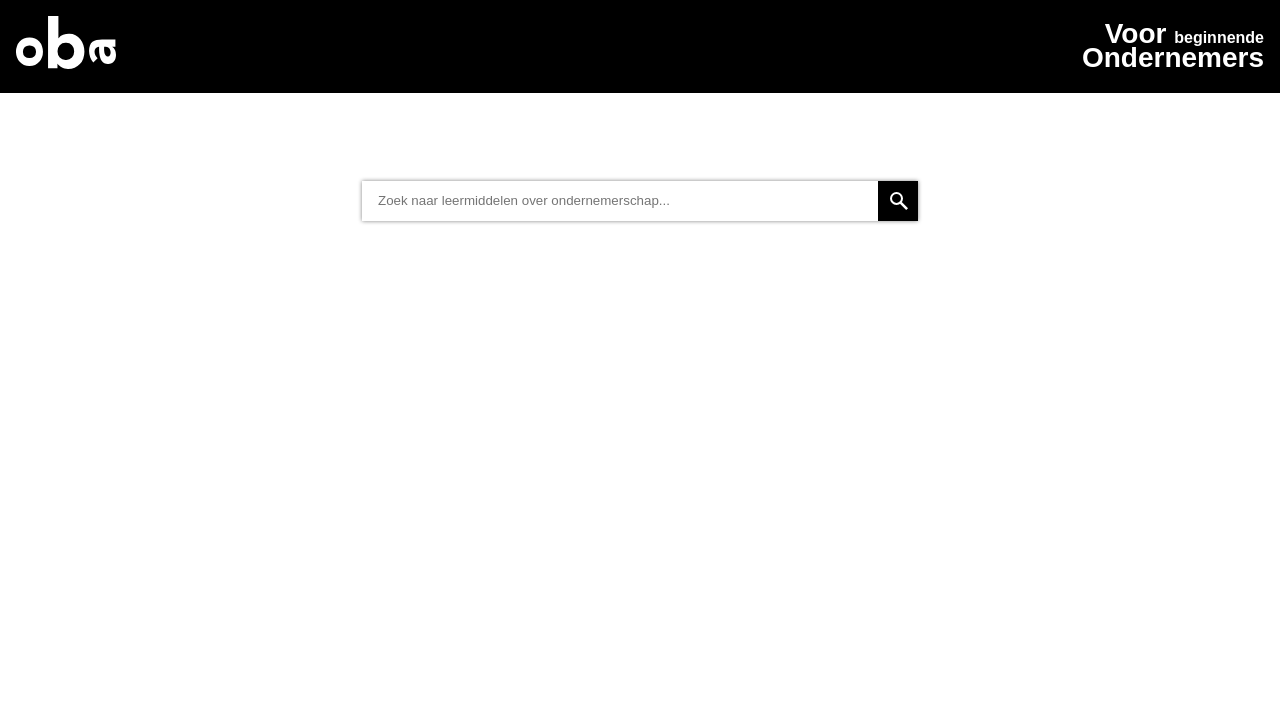
Repository: juliandecloe/OBA-voor-beginnende-ondernemers
Page: index.html
These files come from the project's save history. The page is drawn as it stood at one moment and after the next save; the edit follows.
The browser window is 1280 px wide. The pictures show the whole page.
The page's requests for data from a server got no answer.

Above is the page before, as saved 2022-03-18 03:10:44.

After the next save:
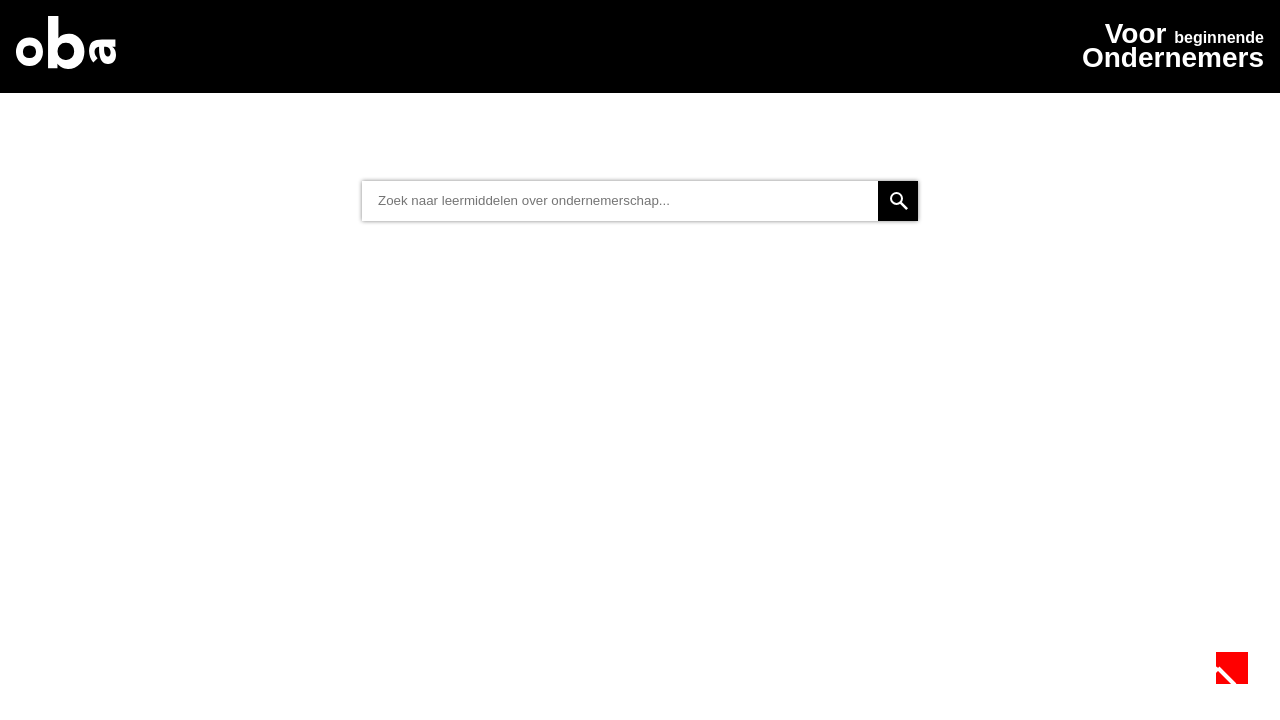
Saved 28 s later.
--- a/style.css
+++ b/style.css
@@ -397,6 +397,8 @@
     background-color: red;
     border: none;
     position: relative;
+    width: 2rem;
+    aspect-ratio: 1/1;
 }
 
 footer button::before, footer button::after {
